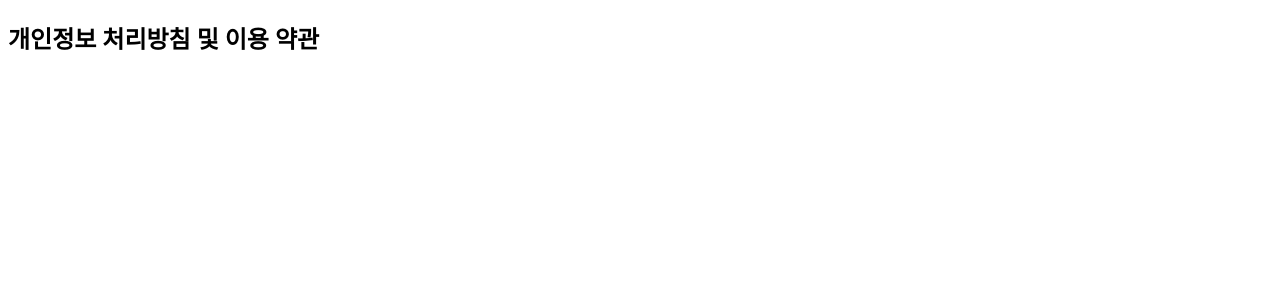
Repository: skdltm12/jsp1
Page: http://localhost/web01/agree.jsp
The author's editor kept a copy of each file at every save. The page is drawn from the files as they stood at one save, then again after the next save.
The browser window is 1280 px wide. The pictures show the whole page.
The page is served by Tomcat 9.

Above is the page before, as saved 2022-04-26 16:01:56.

### web01/src/main/webapp/agree.jsp
<%@ page language="java" contentType="text/html; charset=UTF-8"
    pageEncoding="UTF-8"%>
<!DOCTYPE html>
<html>
<head>
<meta charset="UTF-8">
<title>Insert title here</title>
</head>
<body>
<h2>개인정보 처리방침 및 이용 약관</h2>
	<table>
		<tbody>
			<tr>
				<td></td>
			</tr>
		</tbody>
	</table>

</body>
</html>

After the next save:
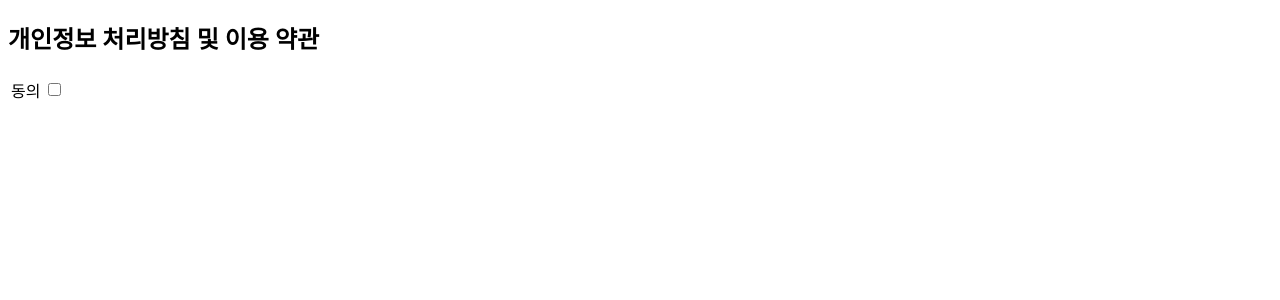
Saved 83 s later.
--- a/web01/src/main/webapp/agree.jsp
+++ b/web01/src/main/webapp/agree.jsp
@@ -11,7 +11,8 @@
 	<table>
 		<tbody>
 			<tr>
-				<td></td>
+				<td>동의</td>
+				<td><input type="checkbox"></td>
 			</tr>
 		</tbody>
 	</table>
